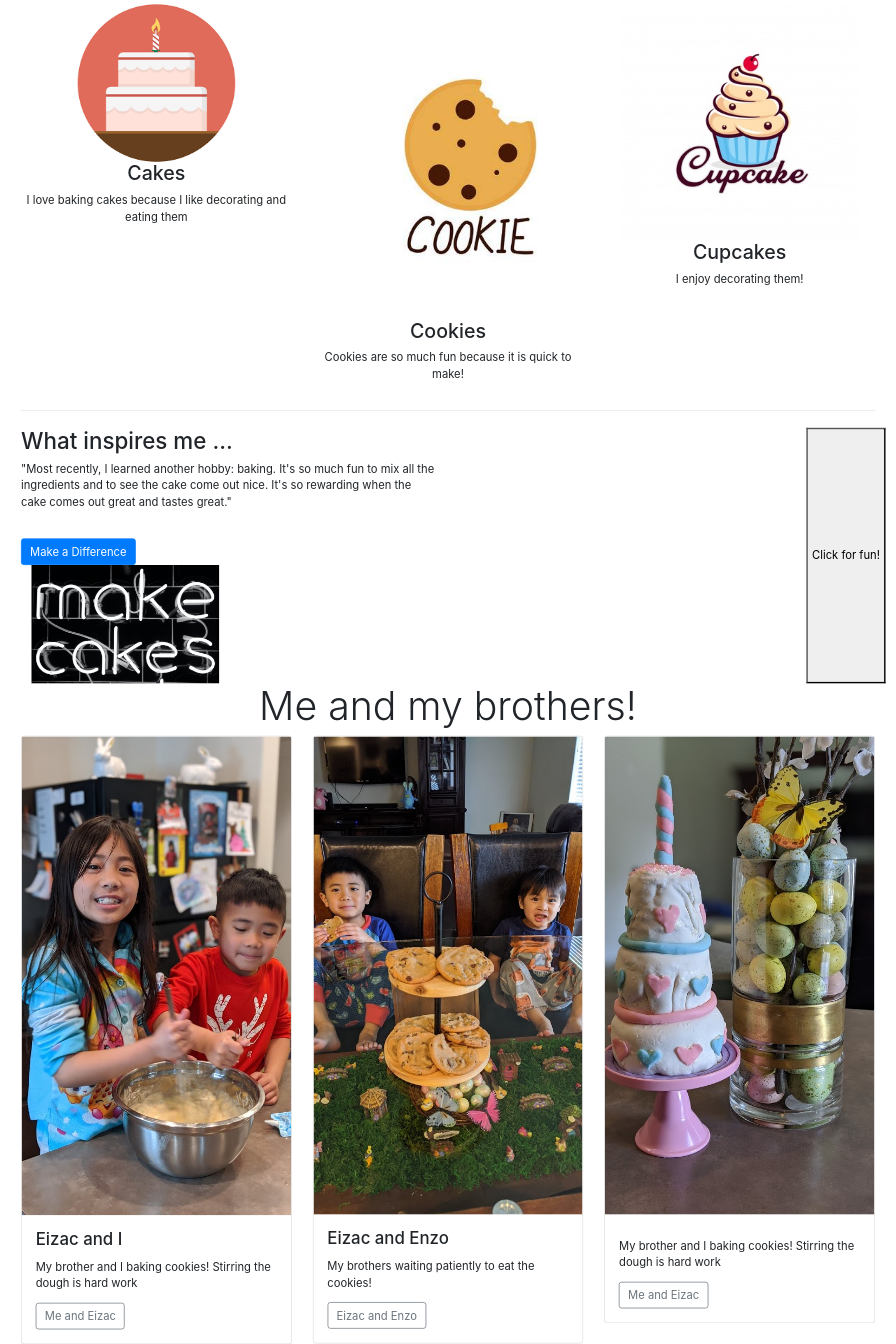
Repository: djzaragoza/Bea-Creation
Page: index.html
An editor plug-in stored every save of this project. The page is shown before and after the next save, followed by the edit.
The browser window is 1280 px wide. The pictures show the part of the page from y = 2583 to 4503 px (the page is 4503 px tall), at 70% of full size.
Some web libraries are served in a nearby version.

Above is the page before, as saved 2020-04-07 21:58:09.

### index.html
<!DOCTYPE html>
<html lang="en">
<head>
    <meta charset="utf-8">
    <meta name="viewport" content="width=device-width, initial-scale=1">
    <title>Bea's Creation</title>
    <link rel="stylesheet" href="https://maxcdn.bootstrapcdn.com/bootstrap/4.0.0/css/bootstrap.min.css">
    <script src="https://ajax.googleapis.com/ajax/libs/jquery/3.3.1/jquery.min.js"></script>
    <script src="https://cdnjs.cloudflare.com/ajax/libs/popper.js/1.12.9/umd/popper.min.js"></script>
    <script src="https://maxcdn.bootstrapcdn.com/bootstrap/4.0.0/js/bootstrap.min.js"></script>
    <script src="https://use.fontawesome.com/releases/v5.0.8/js/all.js"></script>
    <link rel="style.css" rel="stylesheet">
</head>
<body>

<!-- navigation -->
<nav class="navbar navbar-expand-md navbar-light bg-light sticky-top">
<div class="container-fluid">
    <a class="navbar-brand" href="#"><img src="img/bea_logo.png"></a>
    <button class="navbar-toggler" type="button" data-toggle="collapse" data-target="#navbarResponsive">
        <span class="navbar-toggler-icon"></span>
    </button>
    <div class="collapse navbar-collapse" id="navbarResponsive">
        <ul class="navbar-nav ml-auto">
            <li class="nav-item active">
                <a class="nav-link" href="#">Home</a>
            </li>
            <li class="nav-item">
                <a class="nav-link" href="#">Cakes</a>
            </li>
            <li class="nav-item">
                <a class="nav-link" href="#">Cupcakes</a>
            </li>
            <li class="nav-item">
                <a class="nav-link" href="#">Cookies</a>
            </li>
        </ul>
    </div>

</div>


</nav>


<!-- image slider -->
<div id="slides" class="carousel slide" data-ride="carousel">
    <ul class="carousel-indicators">
        <li data-target="#slides" data-slide-to="0" class="active"></li>
        <li data-target="#slides" data-slide-to="1">
        <li data-target="#slides" data-slide-to="2">
    </ul>
    <div class="carousel-inner">
        <div class="carousel-item active">
            <img src="img/bea_cover_photo.jpg">
            <div class="carousel-caption">
                <h1 class="display-2">Hello! Nice to meet you!</h1>
                <h3>I'm Bea!</h3>
                <button type="button" class="btn btn-outline-light btn-lg">About Me!</button>
                <button type="button" class="btn btn-primary btn-lg">Click Me!</button>
            </div>
        </div>
        <div class="carousel-item">
            <img src="img/bea_home_cookies.jpg">
        </div>
        <div class="carousel-item">
            <img src="img/bea_home_cupcakes.jpg">
        </div>
    </div>
</div>


<!-- jumbotron -->
<div class="container-fluid">
    <div class="row jumbotron">
        <div class="column-xs-12 col-sm-12 col-md-9 col-lg-9 col-xl-10">
            <p class="lead">Welcome to my page!  My daddy made it for me because he thinks I should show off all of the things I bake.  Check out his own website      ----------------------- > </p>
        </div>
        <div class="col-xs-12 col-sm-12 col-md-3 col-lg-3 col-xl-2">
            <a href="https://www.djzaragoza.dev" target="_blank"><button type="button" class="btn btn-outline-secondary btn-lg">My Daddy's page</button></a>
        </div>

    </div>
</div>

<!-- welcome section -->

<div class="container-fluid padding">
<div class="row welcome text-center">
    <div class="col-12">
        <h1 class="display-4">Creating yummy stuff is so much fun!</div>
    </div>
    <hr>
    <div class="col-12">
        <p class="lead">Welcome to my own site!  I love baking all kinds of cakes, cookies and cupcakes for my family.</p>
    </div>
<div>
</div>

<!-- three column section -->
<div class="container-fluid padding">
<div class="row text-center padding">
    <div class="col-xs-12 col-sm-6 col-md-4">
        <img src="img/cake_icon.png">
        <h3>Cakes</h3>
        <p>I love baking cakes because I like decorating and eating them</p>
    </div>
    <div class="col-xs-12 col-sm-6 col-md-4">
        <img src="img/cookie_icon.jpg">
        <h3>Cookies</h3>
        <p>Cookies are so much fun because it is quick to make!</p>
    </div>
    <div class="col-sm-12 col-md-4">
        <img src="img/cupcake_icon.jpg">
        <h3>Cupcakes</h3>
        <p>I enjoy decorating them!</p>
    </div>
</div>
<hr class="my-4">
</div>

<!-- two column section -->

<div class="container-fluid padding">
    <div class="row padding">
        <div class="col-md-12 col-lg-6">
            <h2>What inspires me ...</h2>
            <p>"Most recently, I learned another hobby: baking.  It's so much fun to mix all the ingredients and to see the cake come out nice.  It's so rewarding when the cake comes out great and tastes great."
            </p>
            <br>
            <a href="https://www.icingsmiles.org" target="_blank" class="btn btn-primary">Make a Difference</a>
        <div>
        <div class="col-lg-6">
            <img src="img/family_baking_icon.jpg" class="img-fluid">
        </div>
    </div>
</div>
<hr class="my-4">
<!-- fixed background -->
<figure>
    <div class="fixed-wrap">
        <div id="fixed">
        </div>
    </div>
</figure>


<!-- emoji section -->
<button class="fun" data-toggle="collapse" data-target="#emoji">Click for fun!</button>
<div id="emoji" class="collapse">
    <div class="container-fluid padding">
        <div class="row text-center">
            <div class="col-sm-6 col-md-3">
                <img class="gif" src="img/custard.png">
            </div>
            <div class="col-sm-6 col-md-3">
                <img class="gif" src="img/cake.png">
            </div>
            <div class="col-sm-6 col-md-3">
                <img class="gif" src="img/cupcake.png">
            </div>
            <div class="col-sm-6 col-md-3">
                <img class="gif" src="img/icecream.png">
            </div>
        </div>
    </div>
</div>

<!-- meet the team -->
<div class="container-fluid padding">
<div class="row welcome text-center">
    <div class="col-12">
        <h1 class="display-4">Me and my brothers!</h1>
    </div>
    <hr>
</div>
</div>


<!-- cards -->

<div class="container-fluid padding">
<div class="row padding">
    <div class="col-md-4">
        <div class="card">
            <img class="card-img-top" src="img/brothers_1.jpg">
            <div class="card-body">
                <h4 class="card-title">Eizac and I</h4>
                <p class="card-text">My brother and I baking cookies!  Stirring the dough is hard work</p>
                <a href="#" class="btn btn-outline-secondary">Me and Eizac</a>
            </div>
        </div>
    </div>

    <div class="col-md-4">
        <div class="card">
            <img class="card-img-top" src="img/brothers_2.jpg">
            <div class="card-body">
                <h4 class="card-title">Eizac and Enzo</h4>
                <p class="card-text">My brothers waiting patiently to eat the cookies!</p>
                <a href="#" class="btn btn-outline-secondary">Eizac and Enzo</a>
            </div>
        </div>
    </div>

    <div class="col-md-4">
        <div class="card">
            <img class="card-img-top" src="img/brothers_3.jpg">
            <div class="card-body">
                <h4 class="card-title"></h4>
                <p class="card-text">My brother and I baking cookies!  Stirring the dough is hard work</p>
                <a href="#" class="btn btn-outline-secondary">Me and Eizac</a>
            </div>
        </div>
    </div>

</div>
</div>

<!-- two column section -->

<!-- connect -->

<!-- footer -->





</body>



</html>

After the next save:
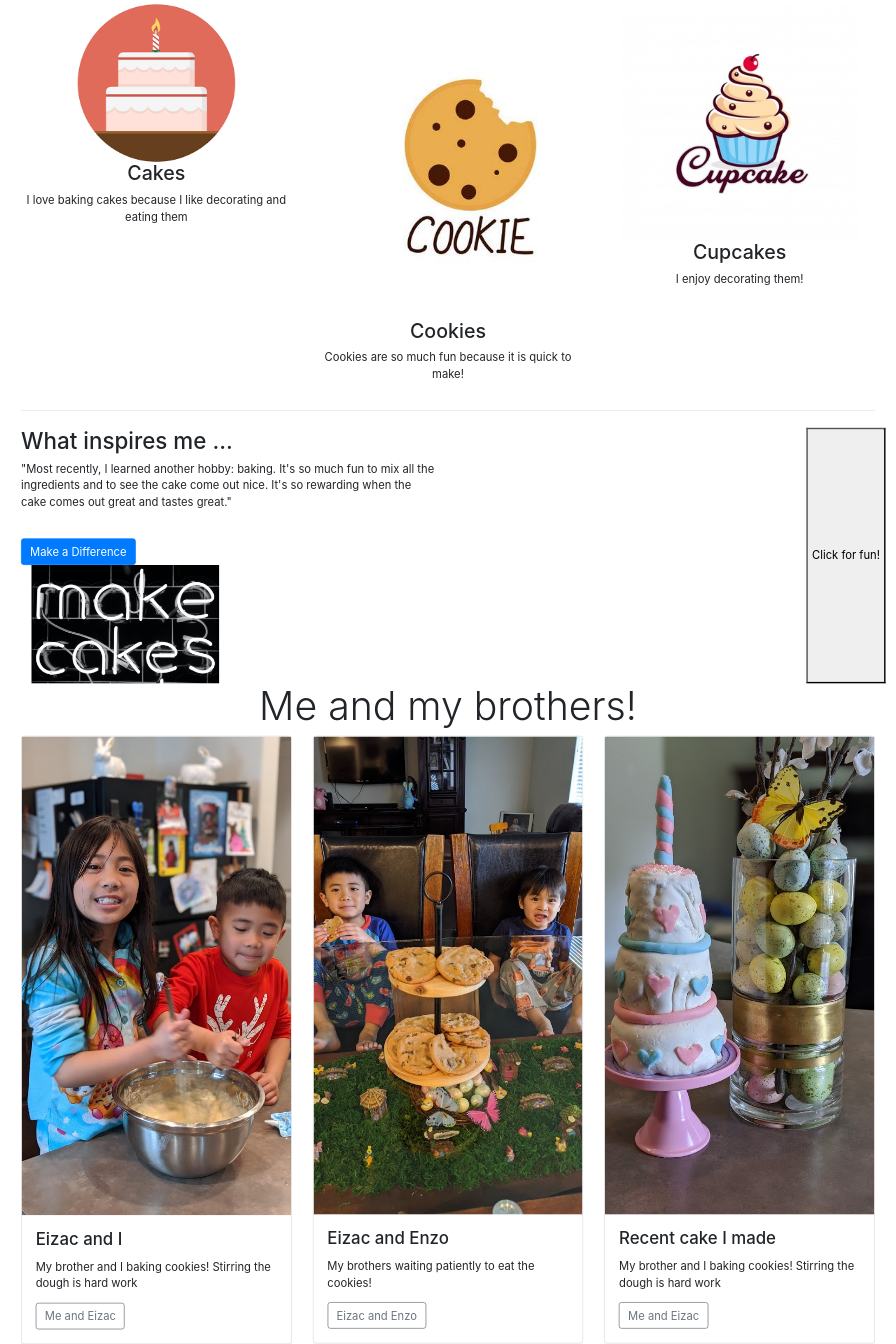
Saved 11 s later.
--- a/index.html
+++ b/index.html
@@ -207,7 +207,7 @@
         <div class="card">
             <img class="card-img-top" src="img/brothers_3.jpg">
             <div class="card-body">
-                <h4 class="card-title"></h4>
+                <h4 class="card-title">Recent cake I made</h4>
                 <p class="card-text">My brother and I baking cookies!  Stirring the dough is hard work</p>
                 <a href="#" class="btn btn-outline-secondary">Me and Eizac</a>
             </div>
